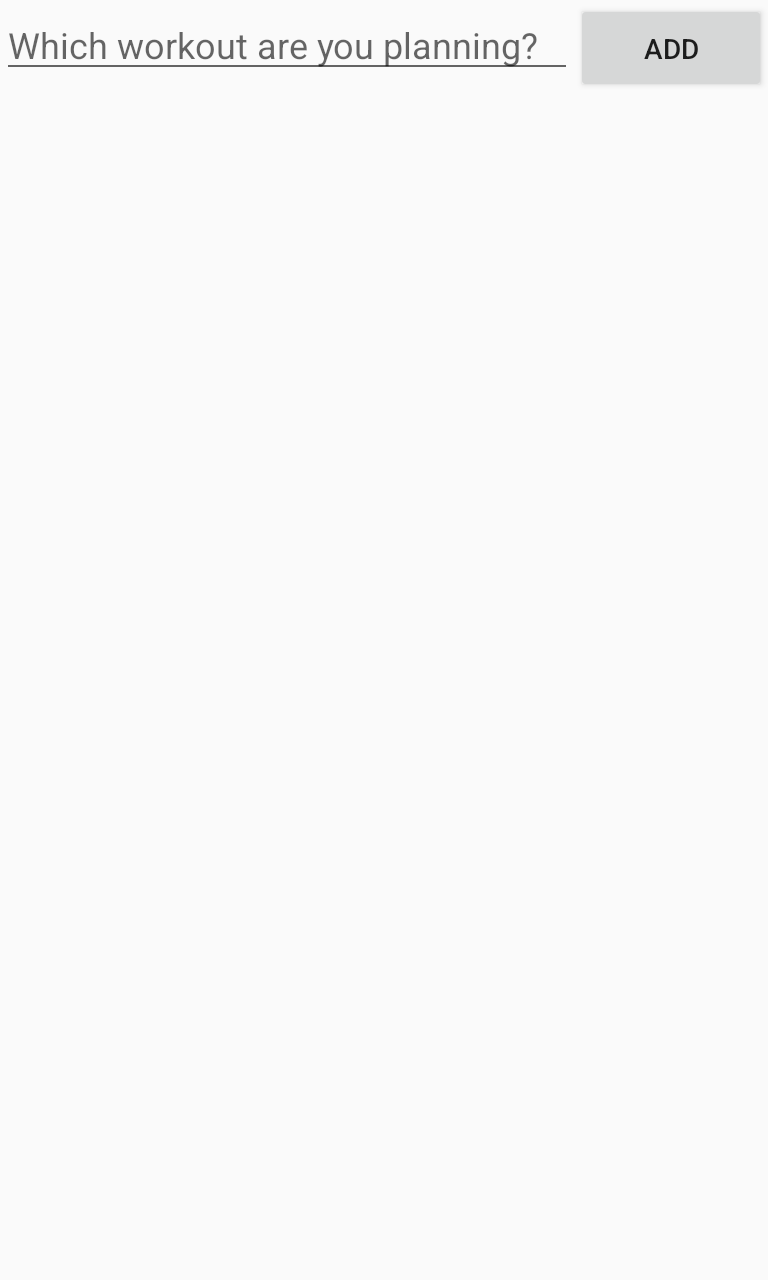
Repository: apoorvelec/AndroidApps
Layout: Gymdroid/res/layout/activity_monday.xml
An editor plug-in stored every save of this project. The layout is shown before and after the next save, followed by the edit.
It is drawn on a 768 x 1280 px phone screen (xhdpi) without system bars, with theme AppTheme; the app's code is not run.

Above is the layout before, as saved 2016-07-16 23:48:16.

### Gymdroid/res/layout/activity_monday.xml
<?xml version="1.0" encoding="utf-8"?>
<LinearLayout xmlns:android="http://schemas.android.com/apk/res/android"
    android:layout_width="match_parent"
    android:layout_height="match_parent"
    android:orientation="vertical" >

    <LinearLayout
        android:layout_width="fill_parent"
        android:layout_height="wrap_content"
        android:orientation="horizontal">

    	<EditText
        	android:id="@+id/monday_workout_suggestion"
        	android:layout_width="wrap_content"
        	android:layout_height="wrap_content"
        	android:layout_weight="6"
        	android:focusable="true"
        	android:hint="@string/workout_suggestion_hint" />
    	<Button
    	    android:id="@+id/monday_workout_suggestion_btn"
    	    android:layout_height="wrap_content"
    	    android:layout_width="wrap_content"
    	    android:layout_weight="4"
    	    android:text="add"
    	    />
    </LinearLayout>



</LinearLayout>

### Gymdroid/res/values/strings.xml
<?xml version="1.0" encoding="utf-8"?>
<resources>

    <string name="app_name">Gymdroid</string>
    <string name="hello_world">Hello world!</string>
    <string name="action_settings">Settings</string>

    <string name="monday_button">Monday</string>
    <string name="tuesday_button">Tuesday</string>
    <string name="wednesday_button">Wednesday</string>
    <string name="thursday_button">Thursday</string>
    <string name="friday_button">Friday</string>

    <string name="monday_workout">Monday Workout Schedule</string>
    <string name="tuesday_workout">Tuesday Workout Schedule</string>
    <string name="wednesday_workout">Wednesday Workout Schedule</string>
    <string name="thursday_workout">Thursday Workout Schedule</string>
    <string name="friday_workout">Friday Workout Schedule</string>

    <string name="workout_suggestion_hint">Which workout are you planning?</string>
</resources>

Loaded but not shown: Gymdroid/res/values/styles.xml (common file); Gymdroid/res/values-v11/styles.xml (common file); Gymdroid/res/values-v14/styles.xml (common file)

After the next save:
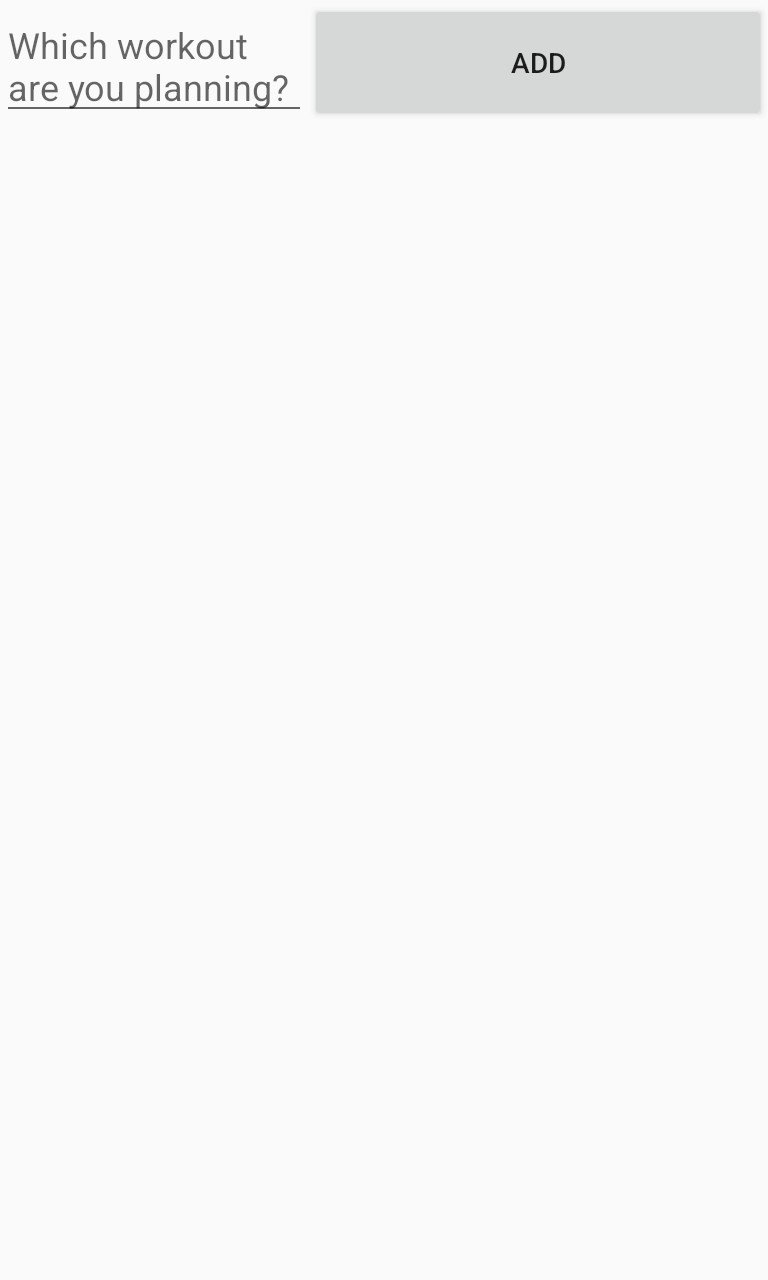
Saved 66 s later.
--- a/Gymdroid/res/layout/activity_monday.xml
+++ b/Gymdroid/res/layout/activity_monday.xml
@@ -11,15 +11,15 @@
 
     	<EditText
         	android:id="@+id/monday_workout_suggestion"
-        	android:layout_width="wrap_content"
-        	android:layout_height="wrap_content"
+        	android:layout_width="fill_parent"
+        	android:layout_height="fill_parent"
         	android:layout_weight="6"
         	android:focusable="true"
         	android:hint="@string/workout_suggestion_hint" />
     	<Button
     	    android:id="@+id/monday_workout_suggestion_btn"
-    	    android:layout_height="wrap_content"
-    	    android:layout_width="wrap_content"
+    	    android:layout_height="fill_parent"
+    	    android:layout_width="fill_parent"
     	    android:layout_weight="4"
     	    android:text="add"
     	    />
